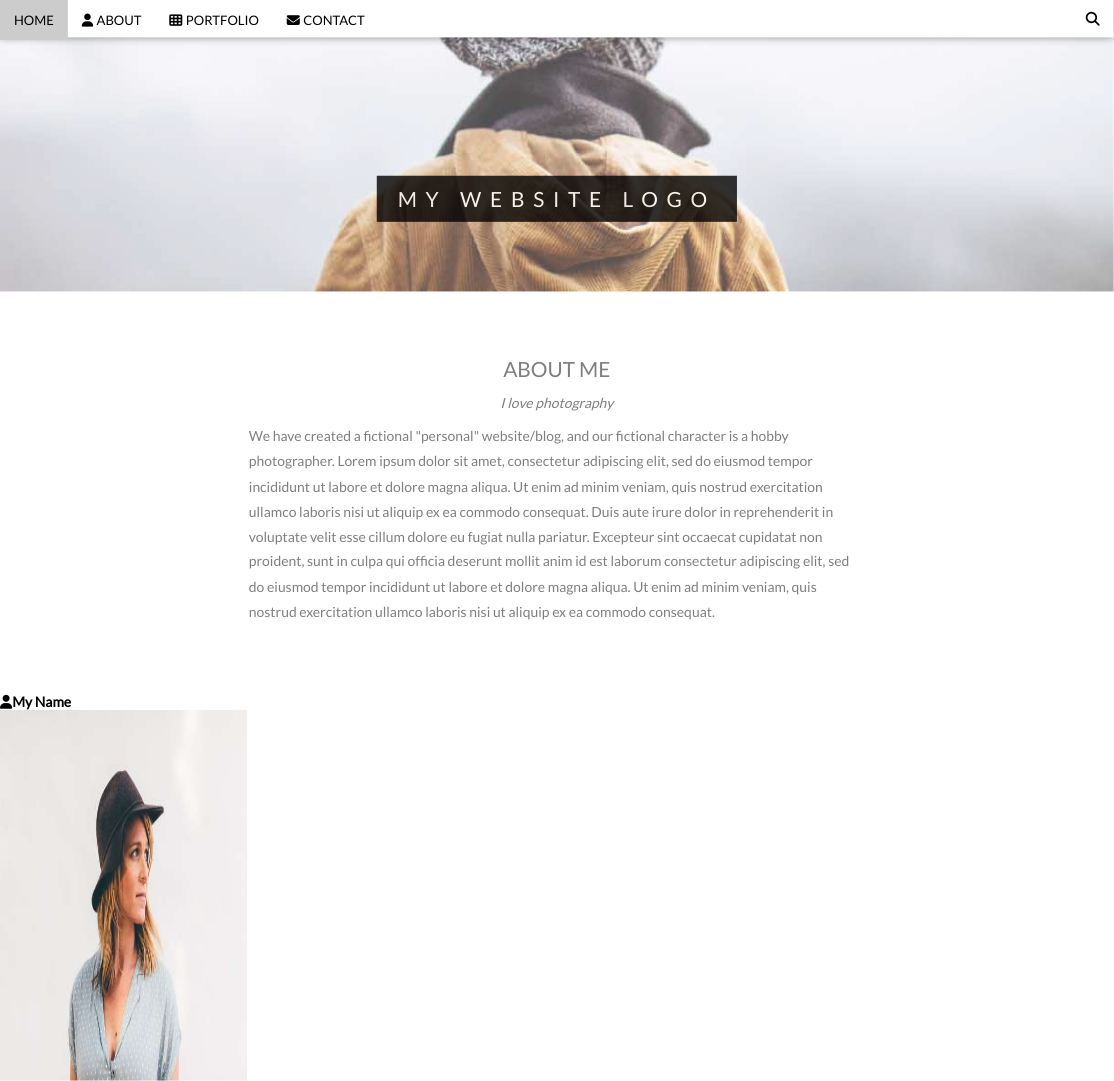
Repository: xd25vn/project-error
Page: index.html
An editor plug-in stored every save of this project. The page is shown before and after the next save, followed by the edit.
The browser window is 1280 px wide. The pictures show the whole page, at 87% of full size.

Above is the page before, as saved 2023-09-02 16:18:57.

### index.html
<html lang="en">
<head>
    <meta charset="UTF-8">
    <meta name="viewport" content="width=device-width, initial-scale=1.0">
    <title>TEMPLATE PARALLAX</title>
    <link rel="stylesheet" href="./assets/base.css">
    <link rel="stylesheet" href="./assets/main.css">
    <link rel="stylesheet" href="https://fonts.googleapis.com/css?family=Lato">
    <link rel="stylesheet" href="./assets/font/fontawesome-free-6.4.0-web/fontawesome-free-6.4.0-web/css/all.min.css">
</head>
<body>
    <!--! HEADER -->
    <header>
        <!--? NAV -->
        <ul id="nav">
            <li><a href="#">Home</a></li>
            <li><a href="#"><i class="fa-solid fa-user"></i>About</a></li>
            <li><a href="#"><i class="fa fa-th"></i>Portfolio</a></li>
            <li><a href="#"><i class="fa-solid fa-envelope"></i>contact</a></li>
        </ul>
        <div class="nav-icon-search">
            <i class="fa-solid fa-magnifying-glass"></i>
        </div>
        <!--? NAV -->
    </header>
    <!--! HEADER -->
    <!--& SIDEBAR -->
    <div id="sidebar">
        <div class="sidebar-img-one"></div>
        <div class="sidebar-text-one">
            <span>MY WEBSITE LOGO</span>
        </div>
    </div>
    <!-- & SIDEBAR -->
    <div id="content">
        <div id="about">
            <h3 class="heading-section">ABOUT ME</h3>
            <p class="sub-heading-section">I love photography</p>
            <p class="about-section">We have created a fictional "personal" website/blog, and our fictional character is a hobby photographer. Lorem ipsum dolor sit amet, consectetur adipiscing elit, sed do eiusmod tempor incididunt ut labore et dolore magna aliqua. Ut enim ad minim veniam, quis nostrud exercitation ullamco laboris nisi ut aliquip ex ea commodo consequat. Duis aute irure dolor in reprehenderit in voluptate velit esse cillum dolore eu fugiat nulla pariatur. Excepteur sint occaecat cupidatat non proident, sunt in culpa qui officia deserunt mollit anim id est laborum consectetur adipiscing elit, sed do eiusmod tempor incididunt ut labore et dolore magna aliqua. Ut enim ad minim veniam, quis nostrud exercitation ullamco laboris nisi ut aliquip ex ea commodo consequat.</p>
        </div>

        <div id="per-dec-one">
            <div class="per-img-one">
                <b><i class="fa fa-user w3-margin-right"></i>My Name</b>
                <div class="per-img">
                    <img src="./assets/image/per-dec-img/avatar_hat.jpg" alt="AVATER HAT">
                </div>
            </div>

            <div class="pre-text-one">

            </div>
        </div>

        <div class="portfolio">

        </div>

        <div class="my-work">

        </div>

        <div class="contact">

        </div>

        <div class="map-work">

        </div>
    </div>

    <footer id="footer">

    </footer>
</body>
</html>

### assets/base.css
* {
    margin: 0;
    padding: 0;
    box-sizing: border-box;
}
body {
    background-color: #fff;
    font-family: "Lato", sans-serif;
}

### assets/main.css
header {
    height: 43px;
    width: 100%;
    background-color: #fff;
    box-shadow: 0 0 10px rgba(0, 0, 0, 0.6);
    position: fixed;
    z-index: 1;
}

header #nav {
    display: flex;
    list-style: none;
    align-items: center;
    position: relative;
}

header #nav li {
    padding: 14px 16px;
    display: block;
}

header #nav li i {
    padding-right: 4px;
}

header
#nav
li a {
    text-decoration: none;
    color: #000;
    font-size: 15px;
    text-transform: uppercase;
}

header
#nav
li:hover {
    background: #ccc;
    cursor: pointer;
}

header
.nav-icon-search
i {
    position: absolute;
    top: 0;
    right: 0;
    padding: 14px 16px;
    text-align: center;
}

header .nav-icon-search:hover i {
    background-color: #f44336 !important;
    color: #fff;
    display: block;
    cursor: pointer;
}

#sidebar .sidebar-img-one {
    background: url(../assets/image/sidebar1.jpg) center / cover no-repeat;
    padding-top: calc(27% - 10.18px);
    opacity: 0.7;
    position: relative;
}

#sidebar .sidebar-text-one {
    background-color: #000 !important;
    position: absolute;
    padding: 12px 24px;
    left: 50%;
    transform: translateX(-50%);
    top: 28%;
    opacity: 0.8;
}

#sidebar .sidebar-text-one span {
    color: #fff;
    font-size: 24px;
    letter-spacing: 10;
}

#content #about {
    margin: 0px 270px;
    padding: 64px 16px;
    opacity: 0.5;
}

#content #about .heading-section {
    margin: 10px 0px;
    font-size: 24px;
    font-weight: 400;
    text-align: center;
}

#content #about .sub-heading-section {
    margin: 15px 0px;
    font-style: italic;
    text-align: center;
}

#content #about .about-section {
    margin: 15px 0px;
    line-height: 1.8;
}

#content #per-dec-one .per-img {
    width: 100%;
}

#content #per-dec-one .per-img img {
    width: 284px;
    height: 426px;
}

Loaded but not shown: assets/font/fontawesome-free-6.4.0-web/fontawesome-free-6.4.0-web/css/all.min.css (library)

After the next save:
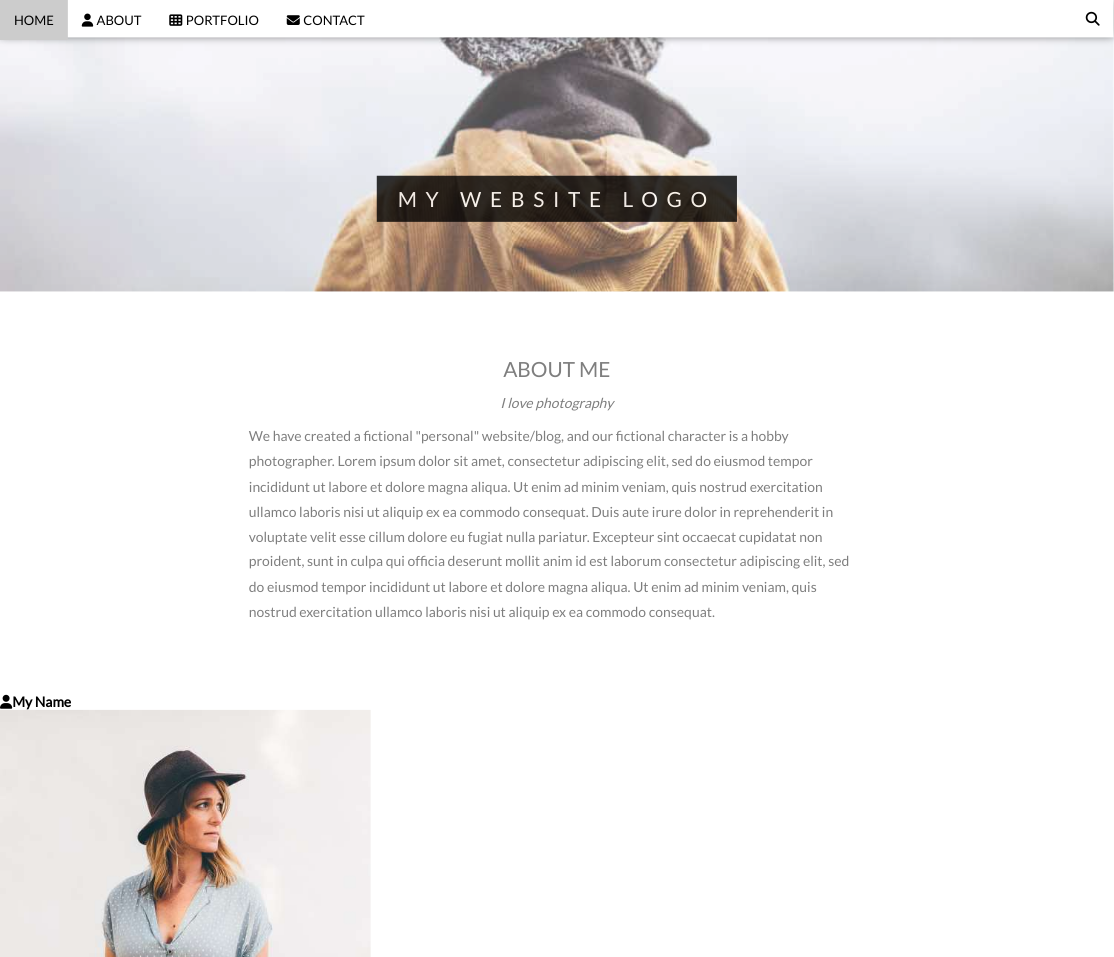
Saved 21 s later.
--- a/assets/main.css
+++ b/assets/main.css
@@ -108,6 +108,6 @@ header .nav-icon-search:hover i {
 }
 
 #content #per-dec-one .per-img img {
-    width: 284px;
-    height: 426px;
+    height:  284px;
+    width: 426px;
 }
